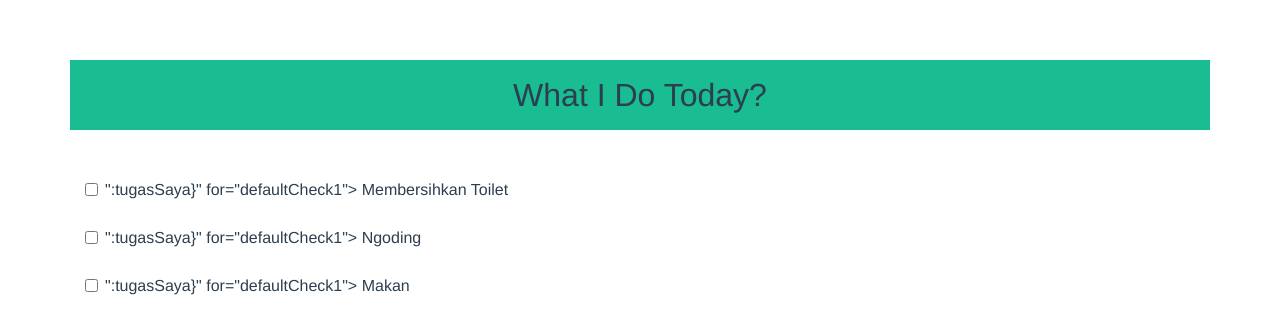
Repository: AdiPrimanto/praxis-academy
Page: / (app in novice/03-05/todolist/)
These files come from the project's save history. The page is drawn as it stood at one moment and after a run of saves; the edit follows.
The browser window is 1280 px wide. The pictures show the whole page.
The project was rebuilt for these pictures with package versions that can differ from the ones it lists, and the page was loaded fresh each time.

Above is the page before, as saved 2019-11-29 15:08:04.

After the next 2 saves:
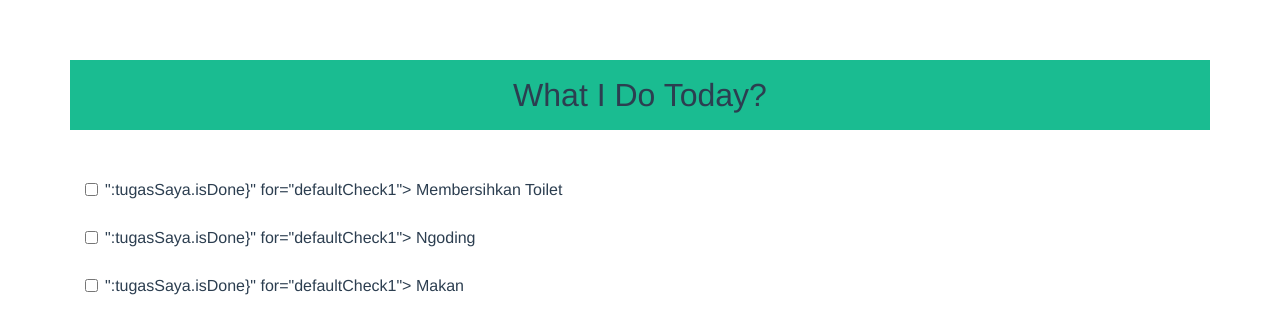
The 2 saves are shown as one change because they came seconds apart.
The last was saved 7 s later.
--- a/novice/03-05/todolist/src/App.vue
+++ b/novice/03-05/todolist/src/App.vue
@@ -13,7 +13,7 @@
               <div v-for="tugasSaya in tugas" v-bind:key="tugasSaya.id" class="mb-4 tugas col-lg-12 text-left">
                 <div class="form-check">
                   <input class="form-check-input" onclick="" type="checkbox" value="" id="defaultCheck1">
-                  <label class="form-check-label item" v-bind:class="{"item-completed":tugasSaya}" for="defaultCheck1">
+                  <label class="form-check-label item" v-bind:class="{"item-completed":tugasSaya.isDone}" for="defaultCheck1">
                     {{tugasSaya.nama}}
                   </label>
                 </div>
